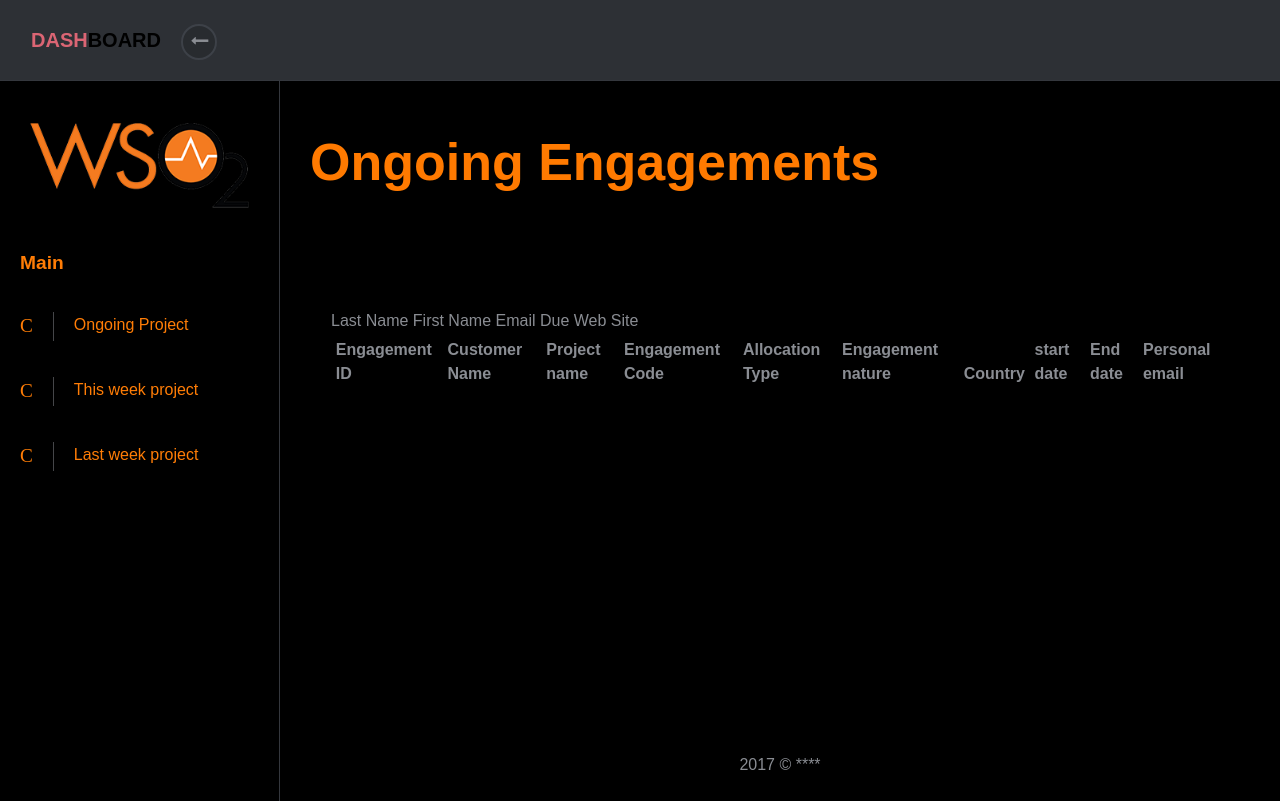
Repository: tharmini/engagement
Page: http://localhost/wproject/WEB-INF/views/engagementListView.jsp
These files come from the project's save history. The page is drawn as it stood at one moment and after the next save; the edit follows.
The browser window is 1280 px wide. The pictures show the whole page.
Some web fonts or font styles are not loaded; a fallback is used. The page is served by Tomcat 9. Nobody is signed in. The template is opened directly, without the code that normally fills it, so the values that code supplies are empty.

Above is the page before, as saved 2018-01-08 11:14:38.

After the next save:
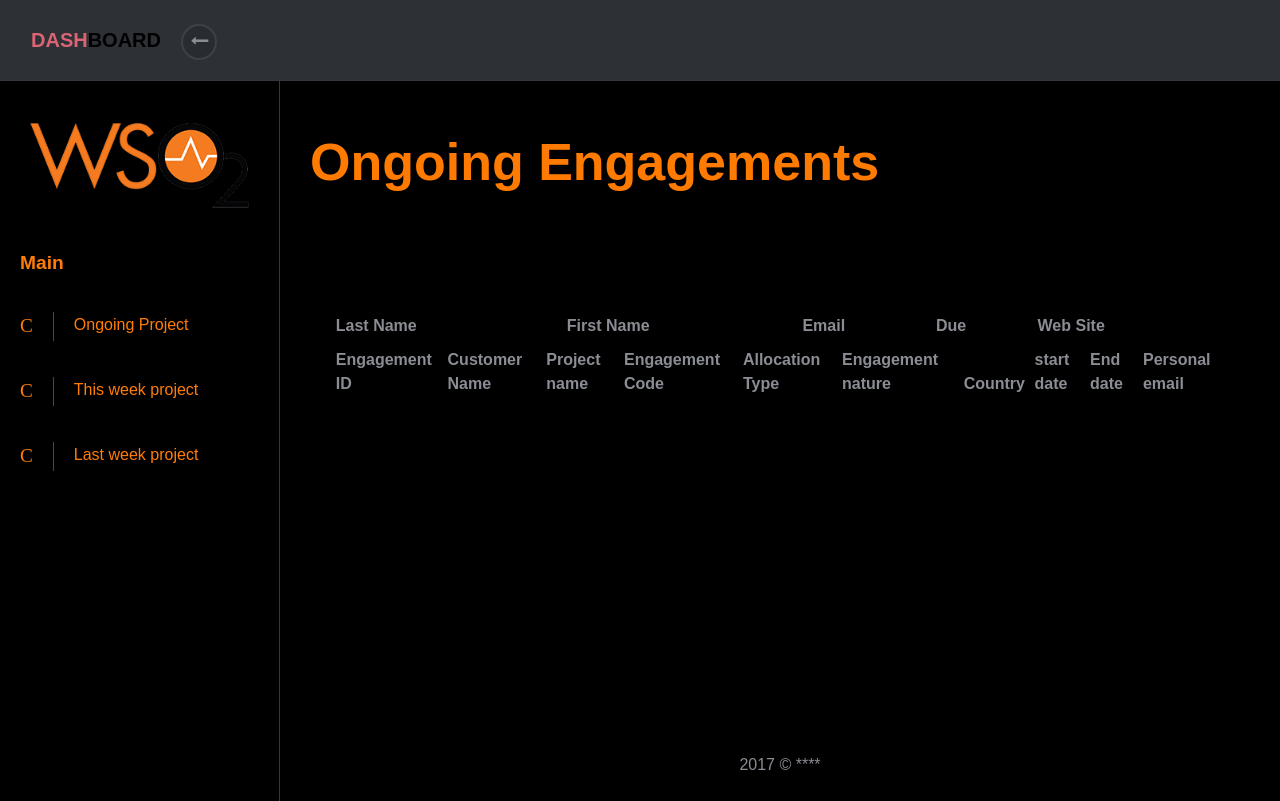
Console error: TypeError: Cannot read properties of undefined (reading 'rows')
Saved 106 s later.
--- a/project (5)/wproject/WebContent/WEB-INF/views/engagementListView.jsp
+++ b/project (5)/wproject/WebContent/WEB-INF/views/engagementListView.jsp
@@ -107,7 +107,9 @@
 
 						<div class="col-lg-12">
 							<p style="color: orange;">${errorString}</p>
+
 							<div class="block  table-responsive">
+							<table id ="myTable" class="table table-striped table-sm">
 <thead>
 <tr>
     <th>Last Name</th>
@@ -129,7 +131,7 @@
 
 </tbody>
 </table>
-								<table id ="myTable2" class="table table-striped table-sm">
+								<table id ="myTable" class="table table-striped table-sm">
 									<thead>
 										<tr>
 											<th>Engagement ID</th>
